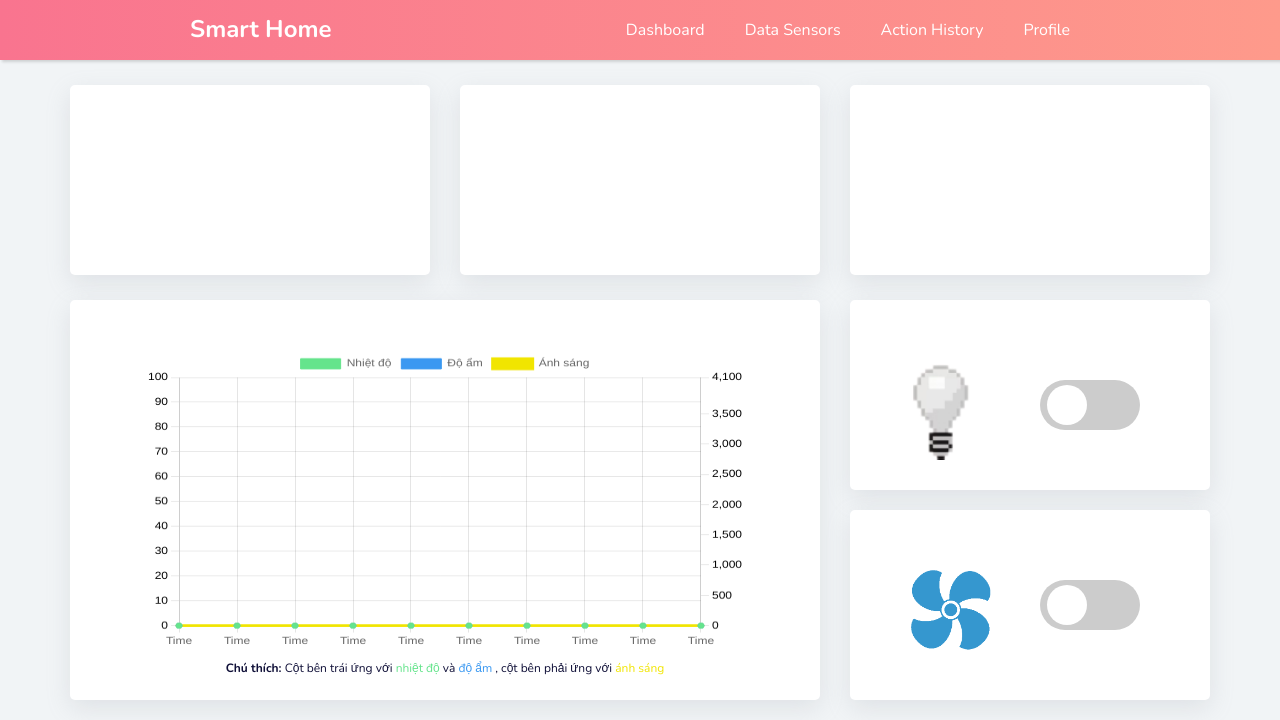
Repository: nhnhunnn/SmartHome
Page: actionhistory.html
These files come from the project's save history. The page is drawn as it stood at one moment and after the next save; the edit follows.
The browser window is 1280 px wide. The pictures show the part of the page from y = 0 to 952 px (the page is 720 px tall before and 1841 px after).
The page's requests for data from a server got no answer.

Above is the page before, as saved 2024-06-03 22:45:13.
Console error: ReferenceError: currentPage is not defined

After the next save:
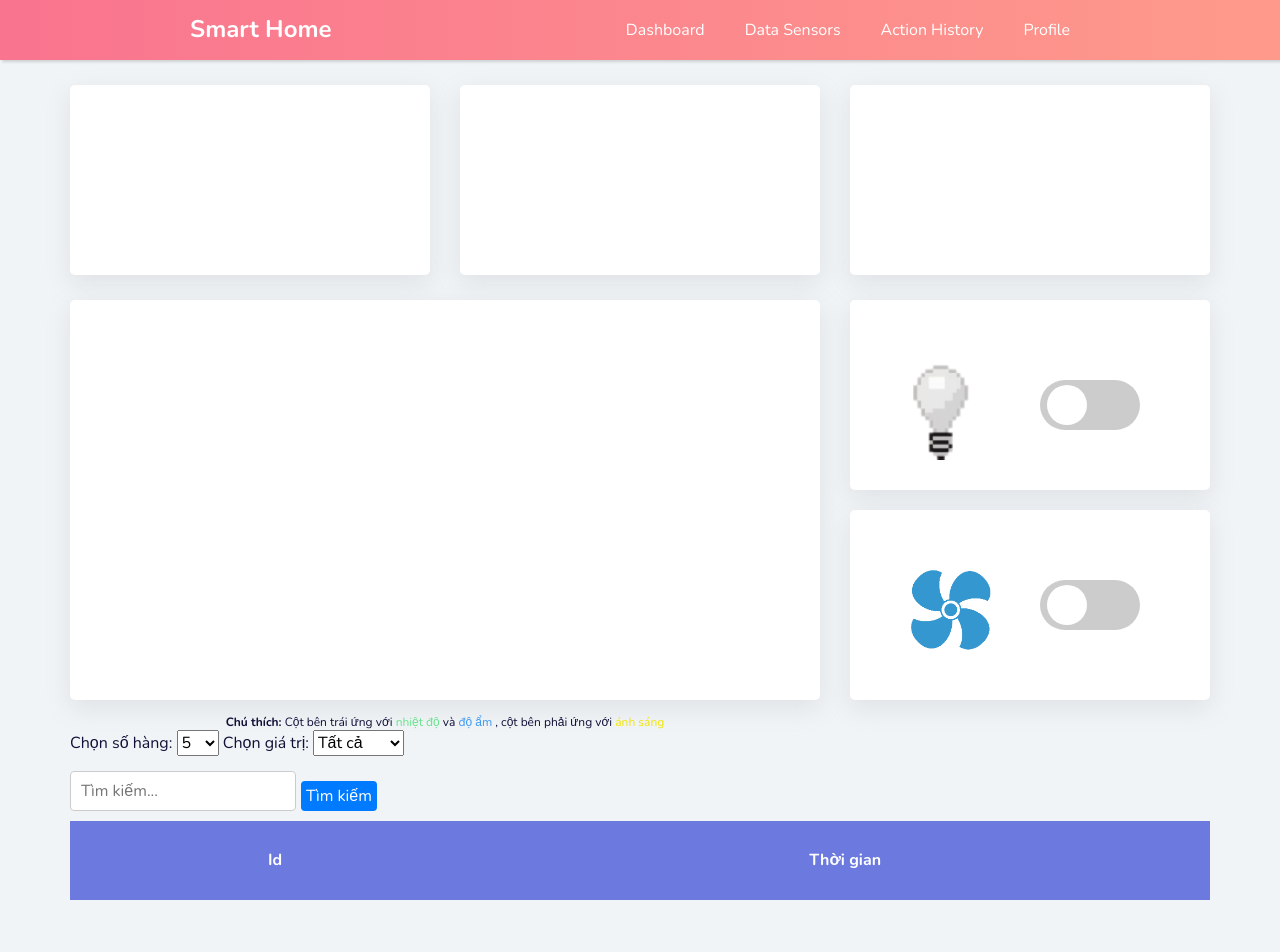
Saved 6 s later.
--- a/actionhistory.html
+++ b/actionhistory.html
@@ -250,7 +250,6 @@
     </div>
   </div>
   <script src="https://cdn.jsdelivr.net/npm/chart.js"></script>
-  <script src="./assets/script.js"></script>
   <script src="./assets/actionhistory.js"></script>
 </body>
 
